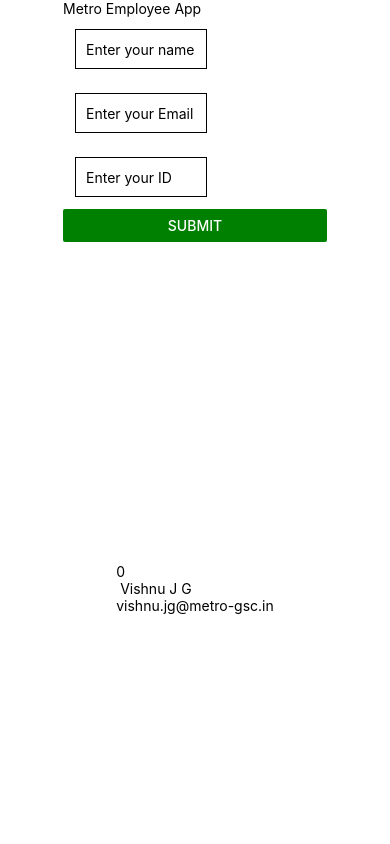
Repository: VishnuJG/Metro-Employee-App
Screen: /
These files come from the project's save history. The screen is drawn as it stood at one moment and after the next save; the edit follows.
The app was drawn by React Native's web renderer in a window 390 px wide. The project was rebuilt for these pictures with package versions that can differ from the ones it lists, and the page was loaded fresh each time.

Above is the screen before, as saved 2022-06-28 13:54:56.

### App.js
import { StatusBar } from 'expo-status-bar';
import React, { useState } from "react";
import { StyleSheet, Text, View, TextInput, Button, Alert} from 'react-native';
import { useDimensions } from '@react-native-community/hooks';
import Task from './components/Task';


export default function App() {

  // const {landscape}=useDimensions();
  const [emp, onEmpUpdate] = useState([{ id: 0, name: " Vishnu J G", email:"vishnu.jg@metro-gsc.in" }]);
  const [name, onChangeName] = useState("");
  const [email, onChangeEmail] = useState("");
  const [id, onChangeid] = useState(null);
  const onSubmit=(e)=>{
    e.preventDefault();
    if(!name){
      Alert.alert('Invalid Name', 'Invalid Name field',[{text: 'Okay', onPress:()=>{console.log("Okay Pressed")}},{text: 'No', onPress:()=>{console.log("No Pressed")}}])
    }
    if(!email){
      Alert.alert('Invalid Email', 'Invalid Email field',[{text: 'Okay', onPress:()=>{console.log("Okay Pressed")}},{text: 'No', onPress:()=>{console.log("No Pressed")}}])
    }
    if(!/\S+@\S+\.\S+/.test(email)){
      Alert.alert('Invalid Email', 'Invalid Email field',[{text: 'Okay', onPress:()=>{console.log("Okay Pressed")}},{text: 'No', onPress:()=>{console.log("No Pressed")}}])
    }
    if(!id){
      Alert.alert('Invalid Id', 'Invalid ID field',[{text: 'Okay', onPress:()=>{console.log("Okay Pressed")}},{text: 'No', onPress:()=>{console.log("No Pressed")}}])
    }
    console.log(name);
    console.log(email);
    console.log(id);
    const newEmp={id, name, email};
    onChangeName('');
    onChangeEmail('');
    onChangeid(null);
    onEmpUpdate([...emp, newEmp]);
  }
  return (
    <View style={styles.container} >
        <View style={{flex:1}}>
        <Text>Metro Employee App</Text>

        <TextInput
          style={styles.input}
          onChangeText={onChangeName}
          placeholder="Enter your name"
          value={name}
        />
        <TextInput
          style={styles.input}
          onChangeText={onChangeEmail}
          value={email}
          placeholder="Enter your Email"
          // keyboardType="numeric"
        />

        <TextInput
          style={styles.input}
          onChangeText={onChangeid}
          value={id}
          placeholder="Enter your ID"
          keyboardType="numeric"
        />
        <Button title="Submit"
          color="green"
          onPress={onSubmit}
          /></View>
        <View style={{flex:0.5}}>
        {emp.map((newid)=>(<Task key={newid.id} ename={newid.name} eid={newid.id} eemail={newid.email}/>))}
        </View>
    </View>
  );
}

const styles = StyleSheet.create({
  container: {
    flex: 1,
    backgroundColor: '#fff',
    alignItems: 'center',
    justifyContent: 'center',
    fontSize: 20,
    // paddingTop:20,
  },
  input: {
    height: 40,
    margin: 12,
    borderWidth: 1,
    width:'50%',
    padding: 10,
  },

});

### components/Task.js
import { StatusBar } from 'expo-status-bar';
import React, { useState } from "react";
import { StyleSheet, Text, View, TextInput, Button, Alert} from 'react-native';
import { useDimensions } from '@react-native-community/hooks';


export default function Task(props) {
  console.log("Hello");
  return (
    <View style={styles.employee}>
      <Text>{props.eid}</Text>
      <Text>{props.ename}</Text>
      <Text>{props.eemail}</Text>

    </View>


  );
}

const styles = StyleSheet.create({
  employee:{
    width:'100%',
    justifyContent: 'left',
  }
});

After the next save:
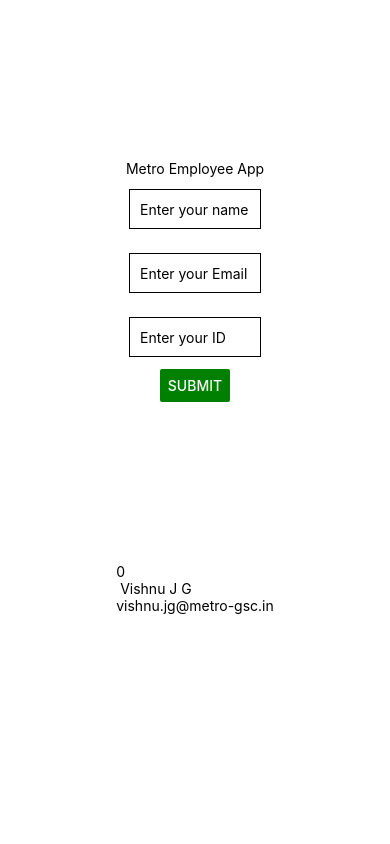
Saved 23 s later.
--- a/App.js
+++ b/App.js
@@ -37,7 +37,7 @@ export default function App() {
   }
   return (
     <View style={styles.container} >
-        <View style={{flex:1}}>
+        <View style={styles.container}>
         <Text>Metro Employee App</Text>
 
         <TextInput
